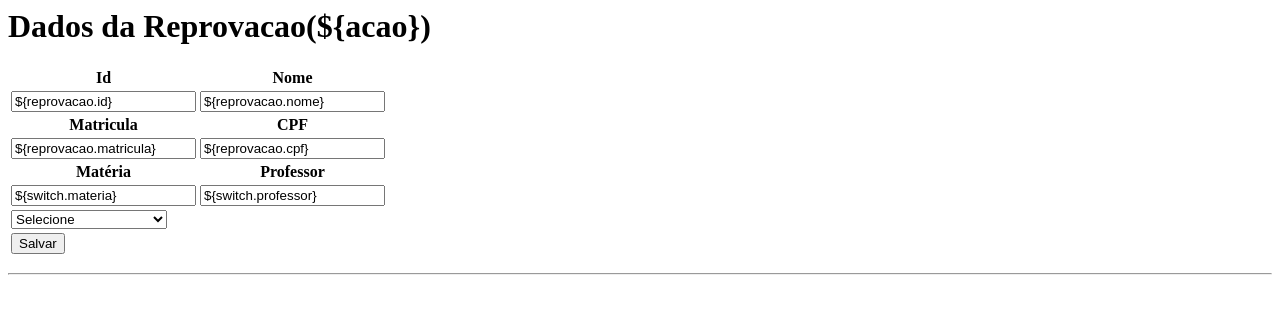
Repository: WilliamEstrela/trabalho1VA-PROG4
Page: CRUDLanManagerV5/WebContent/manterreprovacao/editform.html
An editor plug-in stored every save of this project. The page is shown before and after the next save, followed by the edit.
The browser window is 1280 px wide. The pictures show the whole page.

Above is the page before, as saved 2019-09-05 22:29:16.

After the next save:
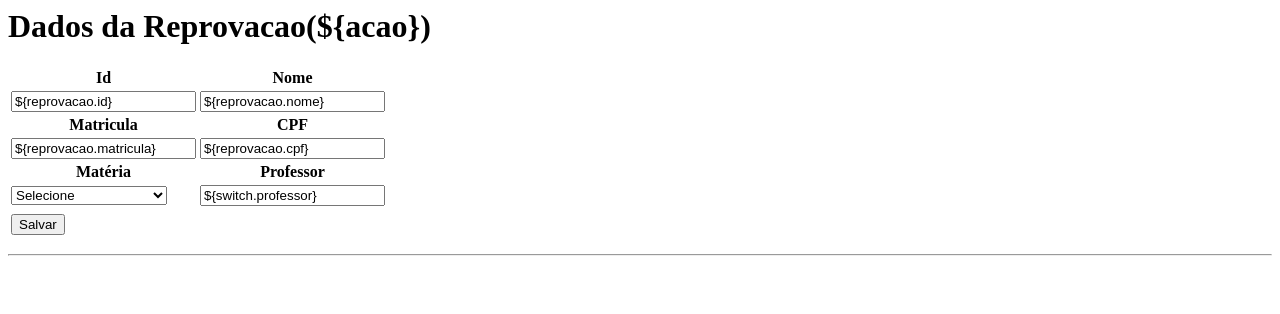
Saved 112 s later.
--- a/CRUDLanManagerV5/WebContent/manterreprovacao/editform.html
+++ b/CRUDLanManagerV5/WebContent/manterreprovacao/editform.html
@@ -24,17 +24,17 @@
 	<th>Professor</th>
 </tr>
 <tr>
-	<td><input type="text" name="localizacao" value="${switch.materia}"></td>
+	<td>	<select name="tipo_idtipo">
+	    <option value="">Selecione</option>
+		<!-- $beginBlock estrangeiro.tipo -->
+		<option value="${estrangeiro.tipo.idtipo}" ${estrangeiro.tipo.selected}>${estrangeiro.tipo.tipo}</option>
+		<!-- $endBlock estrangeiro.tipo -->
+	</select></td>
 	<td><input type="text" name="observacao" value="${switch.professor}"></td>
 </tr>
 <tr>
 	<td>
-	<select name="tipo_idtipo">
-	    <option value="">Selecione</option>
-		<!-- $beginBlock estrangeiro.tipo -->
-		<option value="${estrangeiro.tipo.idtipo}" ${estrangeiro.tipo.selected}>${estrangeiro.tipo.tipo}</option>
-		<!-- $endBlock estrangeiro.tipo -->
-	</select>
+
 	</td>
 </tr>
 <tr>
